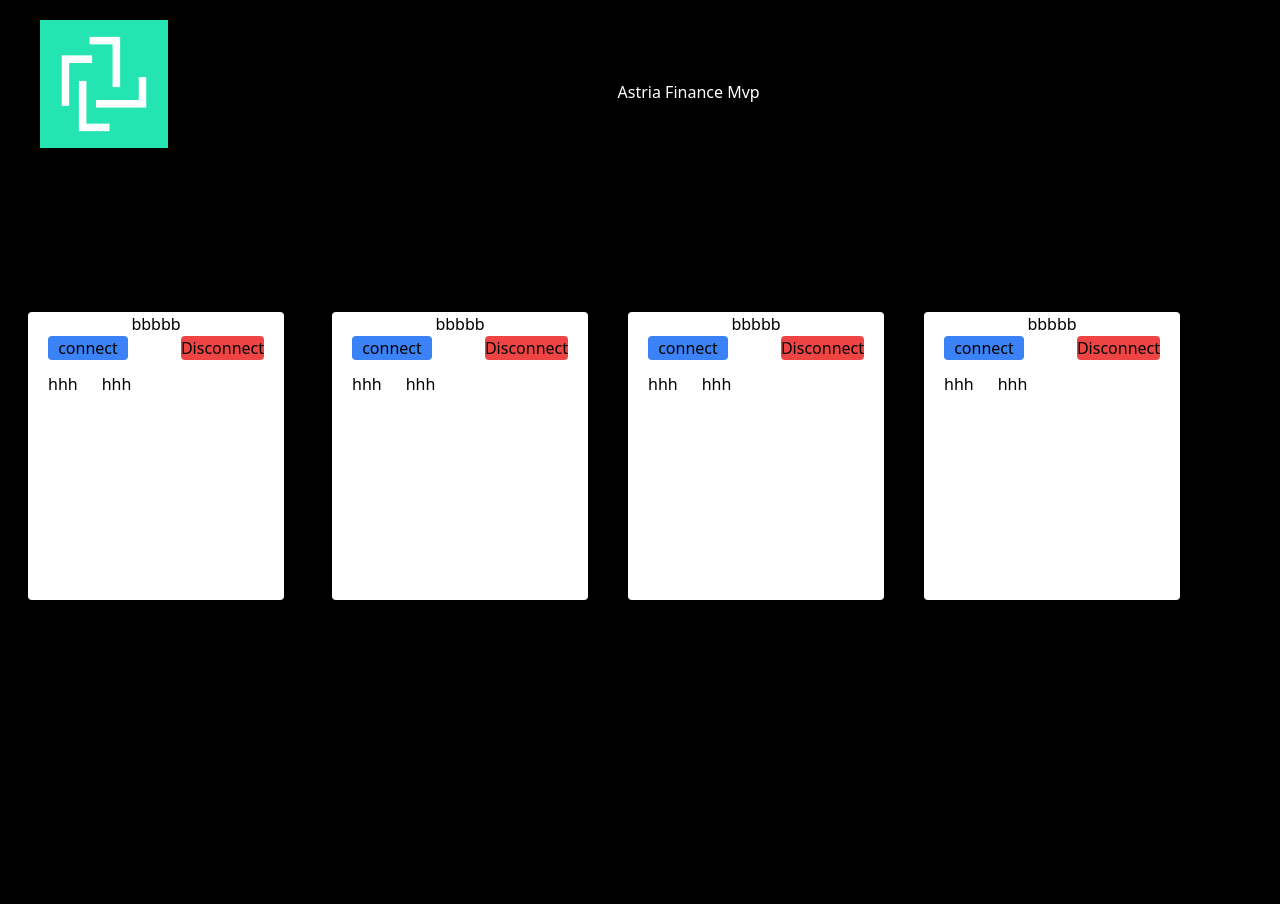
Repository: AstriaFinance/AstriaMvp
Page: /
The author's editor kept a copy of each file at every save. The page is drawn from the files as they stood at one save, then again after the next save.
The browser window is 1280 px wide. The pictures show the whole page.
The project was rebuilt for these pictures with package versions that can differ from the ones it lists, and the page was loaded fresh each time. Also part of the build but not shown: src/components/About.jsx, src/components/Shop.jsx, src/components/ErrorPage.jsx.

Above is the page before, as saved 2022-06-21 16:08:01.

After the next save:
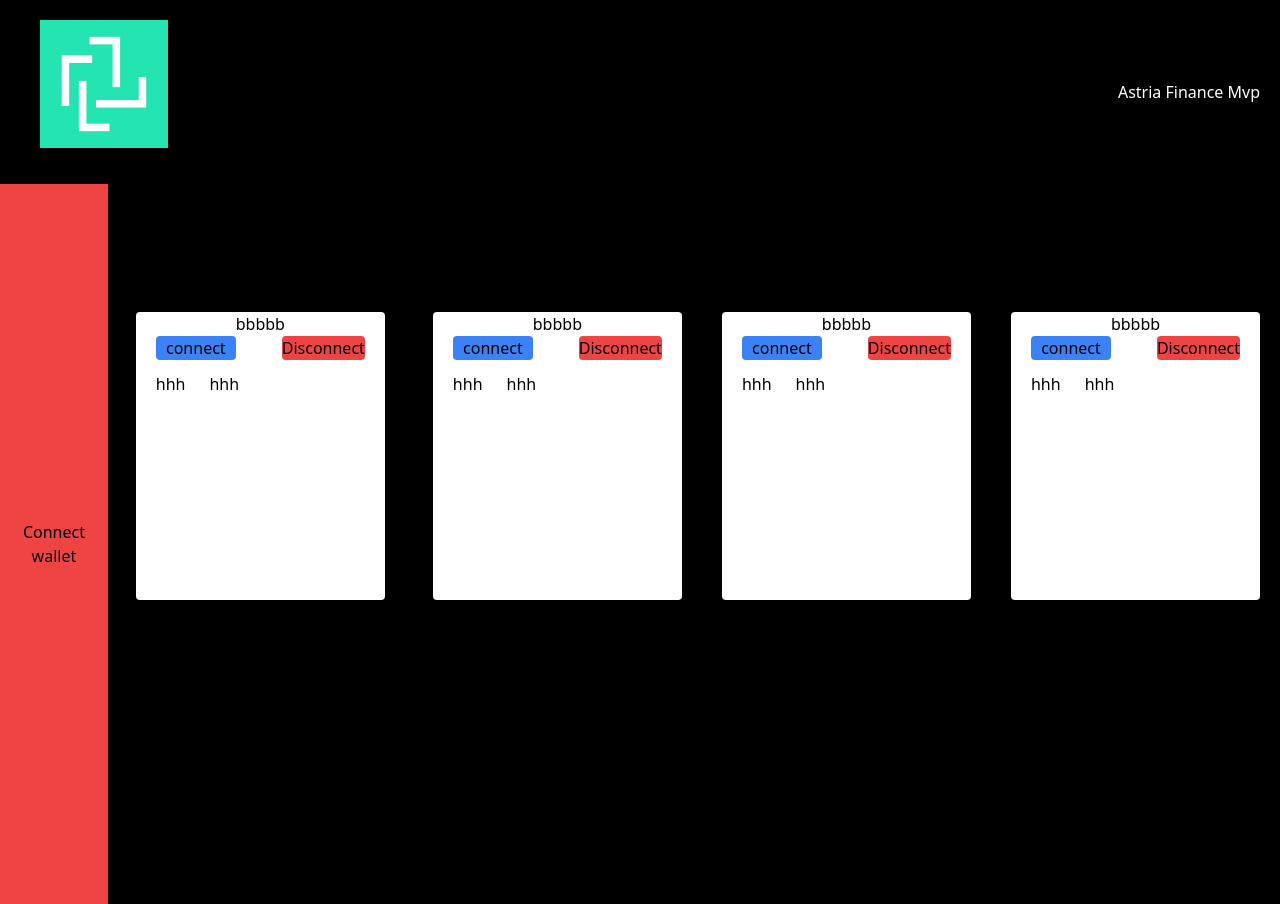
Saved 44 s later.
--- a/src/components/Nav.jsx
+++ b/src/components/Nav.jsx
@@ -6,7 +6,7 @@ const Nav = () => {
         <nav className='bg-black flex justify-between '>
         <img src={logo} alt="" className='h-32 mt-5 mx-10' />
         <div className='text-white my-20 mx-5'>Astria Finance Mvp</div>
-       <button>Connect wallet</button>
+
 
 
 
--- a/src/components/Home.jsx
+++ b/src/components/Home.jsx
@@ -3,7 +3,7 @@ import React from 'react'
 const Home = () => {
   return (
 <div className="bg-black flex overflow-x-auto h-screen ">
-
+<button className='bg-red-500'>Connect wallet</button>
  <div className="bg-white h-72 w-64 rounded my-32 mx-7">
 
   <div className="container flex justify-center">bbbbb</div>
